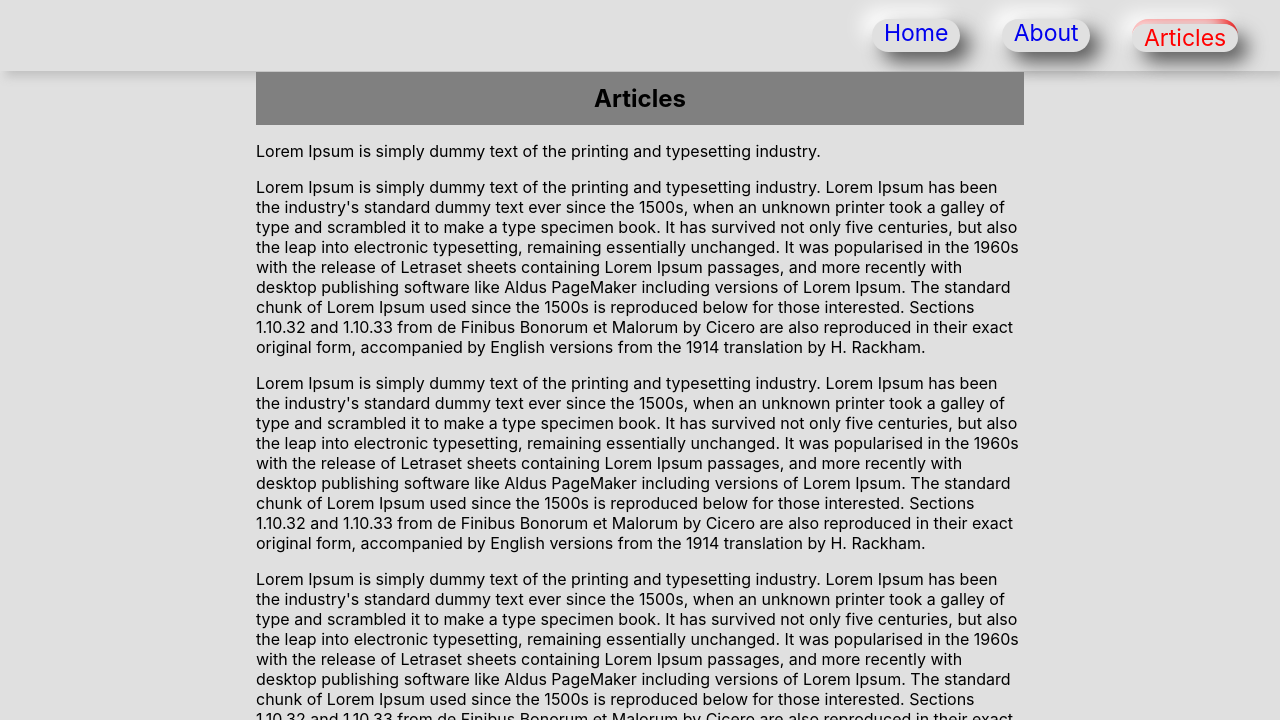
Repository: ShindanoSingi/react-software-architecture-course
Page: /articles
An editor plug-in stored every save of this project. The page is shown before and after the next save, followed by the edit.
The browser window is 1280 px wide. The pictures show the whole page.
An inner scrolling area shows only its first screen. The project was rebuilt for these pictures with package versions that can differ from the ones it lists, and the page was loaded fresh each time. Also part of the build but not shown: src/App.css, src/pages/Home.js, src/pages/About.js.

Above is the page before, as saved 2022-12-26 01:04:22.

After the next save:
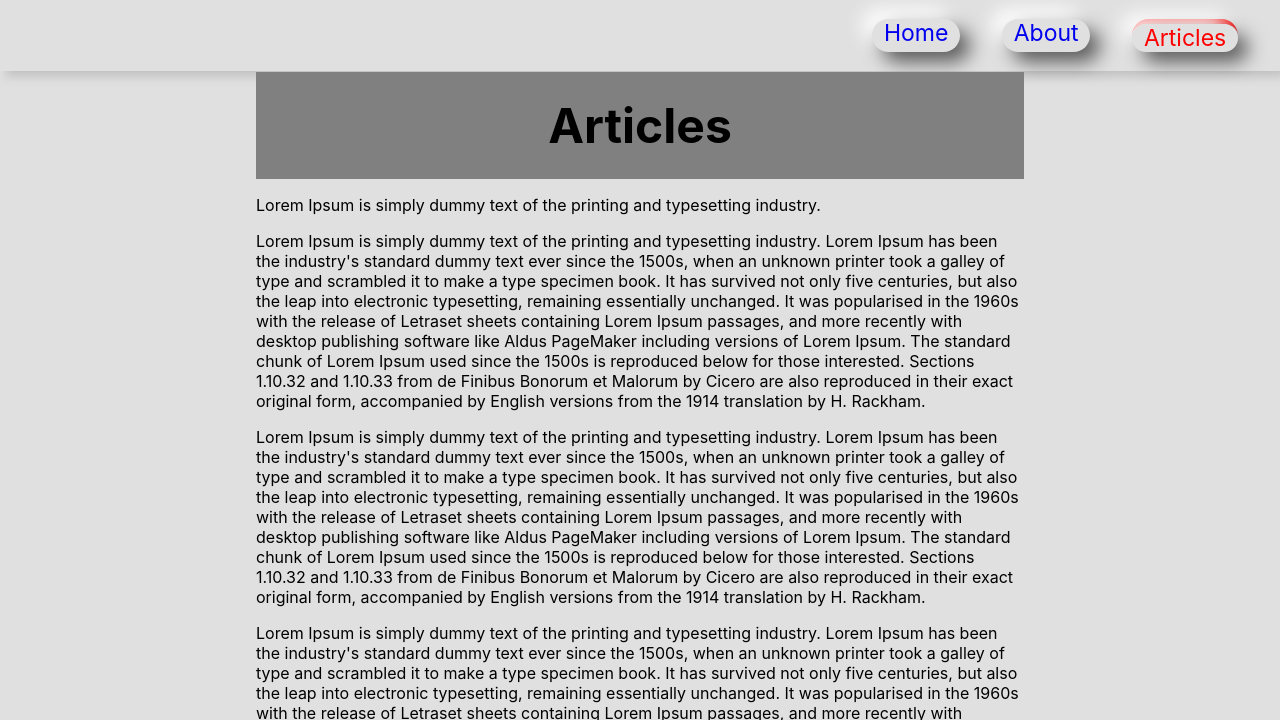
Saved 109 s later.
--- a/src/pages/Articles.js
+++ b/src/pages/Articles.js
@@ -3,7 +3,7 @@ import styled from 'styled-components'
 
 const Heading = styled.h1`
 	background: grey;
-	font-size: 1.5em;
+	font-size: 3em;
 `
 
 function Articles() {
